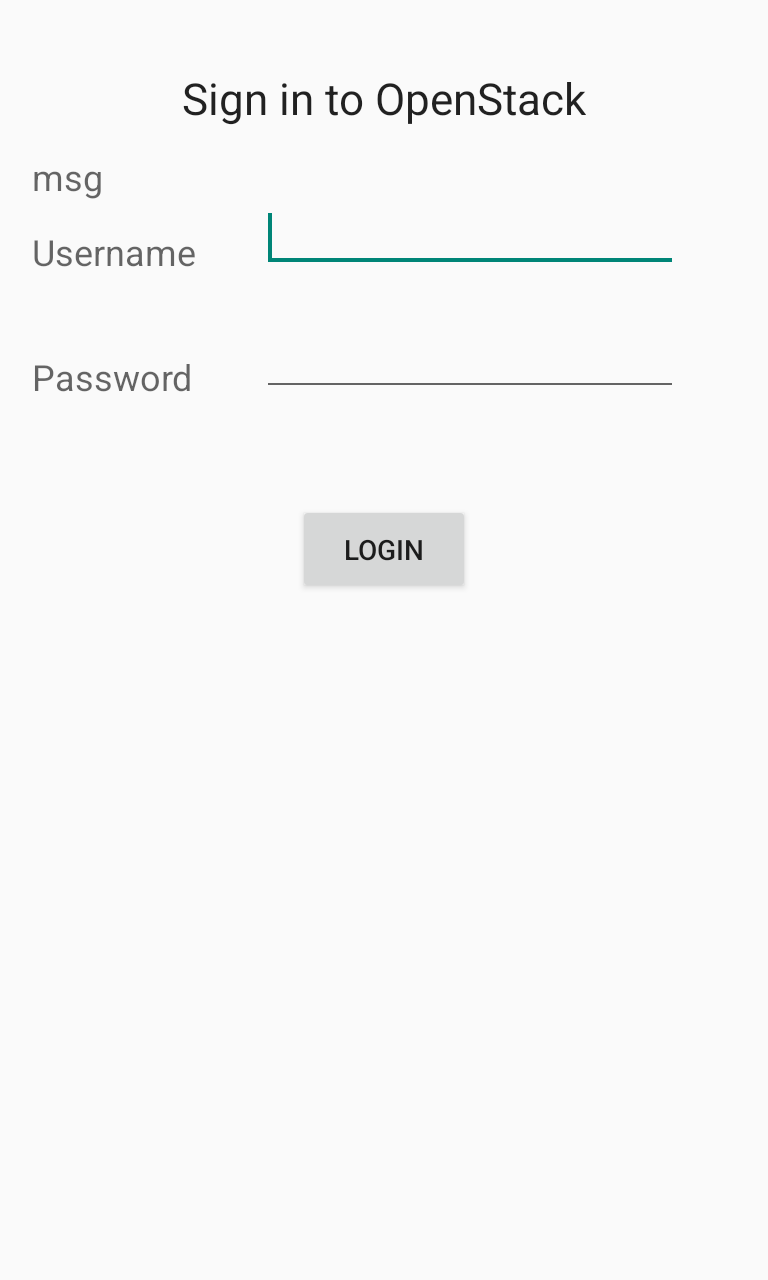
Repository: browndrf/cmpe283
Layout: myopenstack/res/layout/login_activity.xml
An editor plug-in stored every save of this project. The layout is shown before and after the next save, followed by the edit.
It is drawn on a 768 x 1280 px phone screen (xhdpi) without system bars, with theme AppTheme; the app's code is not run.

Above is the layout before, as saved 2014-09-13 17:03:28.

### myopenstack/res/layout/login_activity.xml
<RelativeLayout xmlns:android="http://schemas.android.com/apk/res/android"
   xmlns:tools="http://schemas.android.com/tools"
   android:layout_width="match_parent"
   android:layout_height="match_parent"
   android:paddingBottom="@dimen/activity_vertical_margin"
   android:paddingLeft="@dimen/activity_horizontal_margin"
   android:paddingRight="@dimen/activity_horizontal_margin"
   android:paddingTop="@dimen/activity_vertical_margin"
   tools:context=".Login" >

   <TextView
      android:id="@+id/textView1"
      android:layout_width="wrap_content"
      android:layout_height="wrap_content"
      android:layout_alignParentTop="true"
      android:layout_centerHorizontal="true"
      android:layout_marginTop="18dp"
      android:text="Sign in to OpenStack"
      android:textAppearance="?android:attr/textAppearanceLarge" />

   <TextView
      android:id="@+id/textView2"
      android:layout_width="wrap_content"
      android:layout_height="wrap_content"
      android:layout_alignParentLeft="true"
      android:layout_below="@+id/textView1"
      android:layout_marginTop="50dp"
      android:text="Username"
      android:textAppearance="?android:attr/textAppearanceMedium" />

   <EditText
      android:id="@+id/editText1"
      android:layout_width="wrap_content"
      android:layout_height="wrap_content"
      android:layout_alignBottom="@+id/textView2"
      android:layout_marginLeft="32dp"
      android:layout_toRightOf="@+id/textView2"
      android:ems="10" >

      <requestFocus />
   </EditText>

   <TextView
      android:id="@+id/textView3"
      android:layout_width="wrap_content"
      android:layout_height="wrap_content"
      android:layout_alignLeft="@+id/textView2"
      android:layout_below="@+id/textView2"
      android:layout_marginTop="38dp"
      android:text="Password"
      android:textAppearance="?android:attr/textAppearanceMedium" />

   <EditText
      android:id="@+id/editText2"
      android:layout_width="wrap_content"
      android:layout_height="wrap_content"
      android:layout_alignBottom="@+id/textView3"
      android:layout_alignLeft="@+id/editText1"
      android:ems="10"
      android:inputType="textPassword" />

   <Button
      android:id="@+id/button1"
      android:layout_width="wrap_content"
      android:layout_height="wrap_content"
      android:layout_below="@+id/editText2"
      android:layout_centerHorizontal="true"
      android:layout_marginTop="50dp"
      android:onClick="login"
      android:text="Login" />

   <TextView
      android:id="@+id/textViewErr"
      android:layout_width="wrap_content"
      android:layout_height="wrap_content"
      android:layout_marginTop="60dp"
      android:text="msg"
      android:textAppearance="?android:attr/textAppearanceMedium" />

</RelativeLayout>

Loaded but not shown: myopenstack/res/values/styles.xml (common file); myopenstack/res/values-v11/styles.xml (common file); myopenstack/res/values-v14/styles.xml (common file); myopenstack/res/values/dimens.xml (common file); myopenstack/res/values-w820dp/dimens.xml (common file)

After the next save:
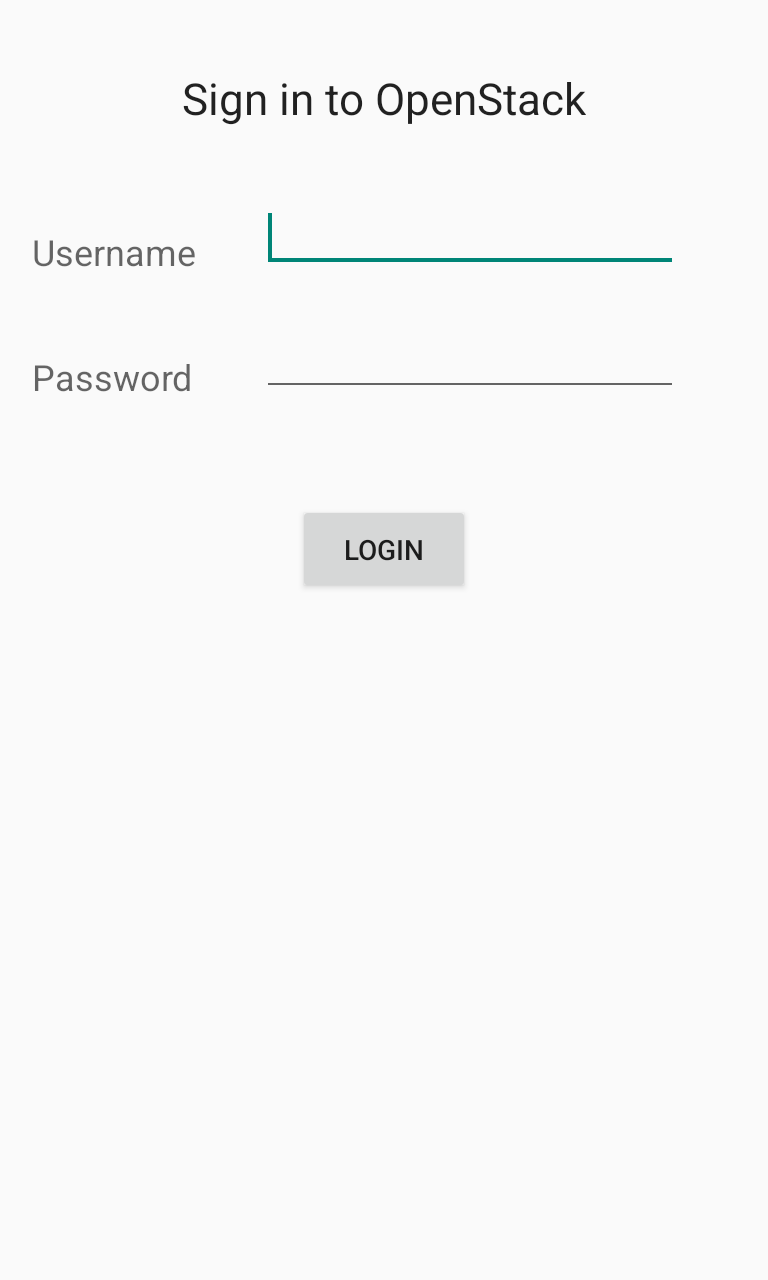
Saved 98 s later.
--- a/myopenstack/res/layout/login_activity.xml
+++ b/myopenstack/res/layout/login_activity.xml
@@ -74,7 +74,6 @@
       android:layout_width="wrap_content"
       android:layout_height="wrap_content"
       android:layout_marginTop="60dp"
-      android:text="msg"
       android:textAppearance="?android:attr/textAppearanceMedium" />
 
 </RelativeLayout>
